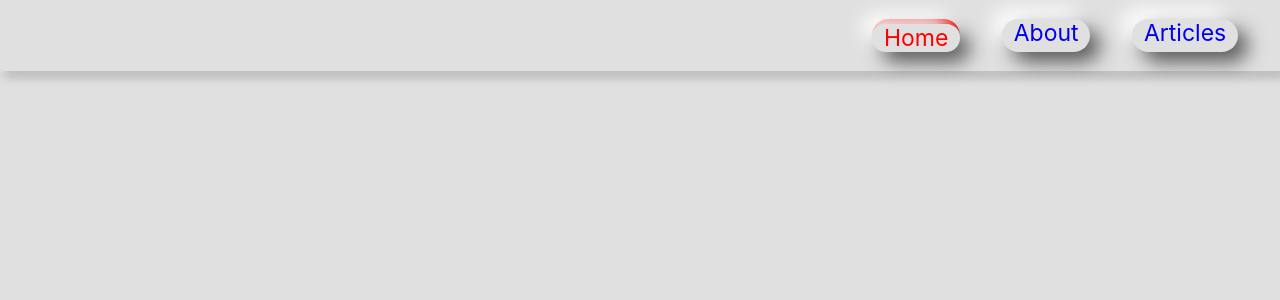
Repository: ShindanoSingi/react-software-architecture-course
Page: /
These files come from the project's save history. The page is drawn as it stood at one moment and after the next save; the edit follows.
The browser window is 1280 px wide. The pictures show the whole page.
The project was rebuilt for these pictures with package versions that can differ from the ones it lists, and the page was loaded fresh each time. Also part of the build but not shown: src/pages/About.js, src/pages/Articles.js.

Above is the page before, as saved 2022-12-25 21:38:24.

After the next save:
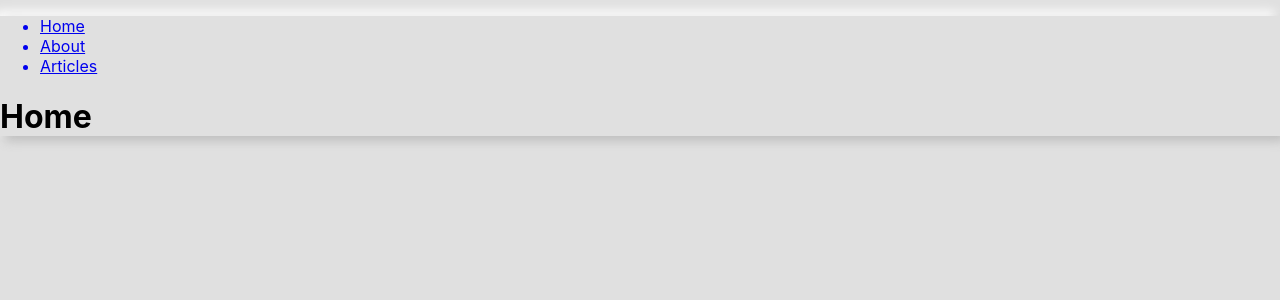
Saved 73 s later.
--- a/src/App.css
+++ b/src/App.css
@@ -1,4 +1,4 @@
-h1 {
+/* h1 {
     text-align: center;
     margin: 0rem;
     padding: 0.5em;
@@ -46,4 +46,4 @@
     width: 80%;
     margin: 0 10%;
     height: 100%;
-}
+} */

After the save that followed:
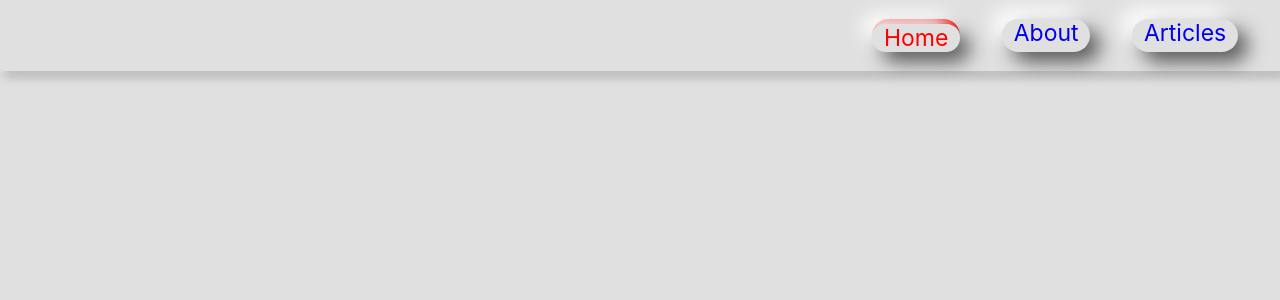
Saved 23 s later.
--- a/src/App.css
+++ b/src/App.css
@@ -1,4 +1,4 @@
-/* h1 {
+h1 {
     text-align: center;
     margin: 0rem;
     padding: 0.5em;
@@ -46,4 +46,4 @@
     width: 80%;
     margin: 0 10%;
     height: 100%;
-} */
+}
